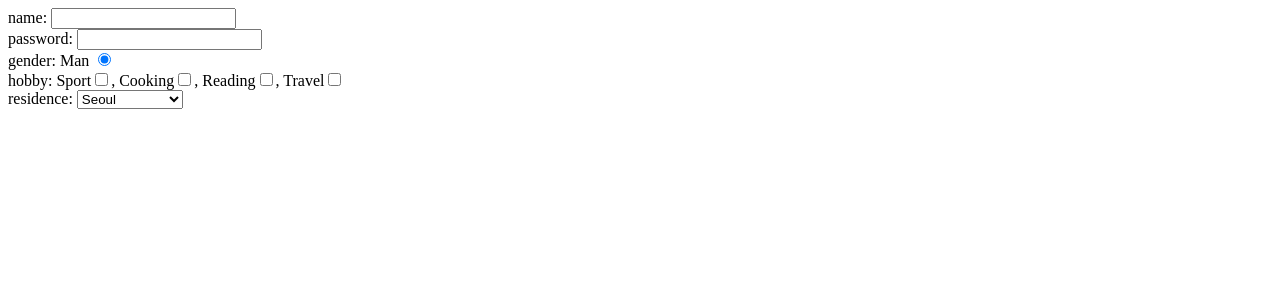
Repository: Devhyeongseon/Academy_Jsp
Page: MyBasic/src/main/webapp/formEx.html
These files come from the project's save history. The page is drawn as it stood at one moment and after the next save; the edit follows.
The browser window is 1280 px wide. The pictures show the whole page.

Above is the page before, as saved 2024-01-11 04:58:59.

After the next save:
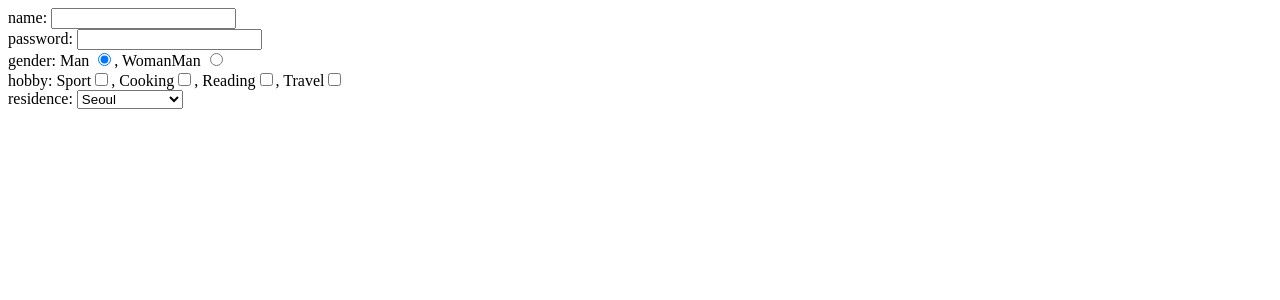
Saved 65 s later.
--- a/MyBasic/src/main/webapp/formEx.html
+++ b/MyBasic/src/main/webapp/formEx.html
@@ -9,7 +9,7 @@
 	<form action="mSignUp" method="post" ></form>
 		name: <input type="text" name = "m_name"></br>
 		password: <input type="password" name = "m_pass"></br>
-		gender: Man <input type="radio" name = "m_gender" value="M" checked="checked"></br>
+		gender: Man <input type="radio" name = "m_gender" value="M" checked="checked">, WomanMan <input type="radio" name = "m_gender" value="M"></br>
 		hobby: Sport<input type="checkbox" name = "m_hobby" value="sport">,
 			  Cooking<input type="checkbox" name = "m_hobby"value="cooking">,
 			  Reading<input type="checkbox" name = "m_hobby"value="reading">,
